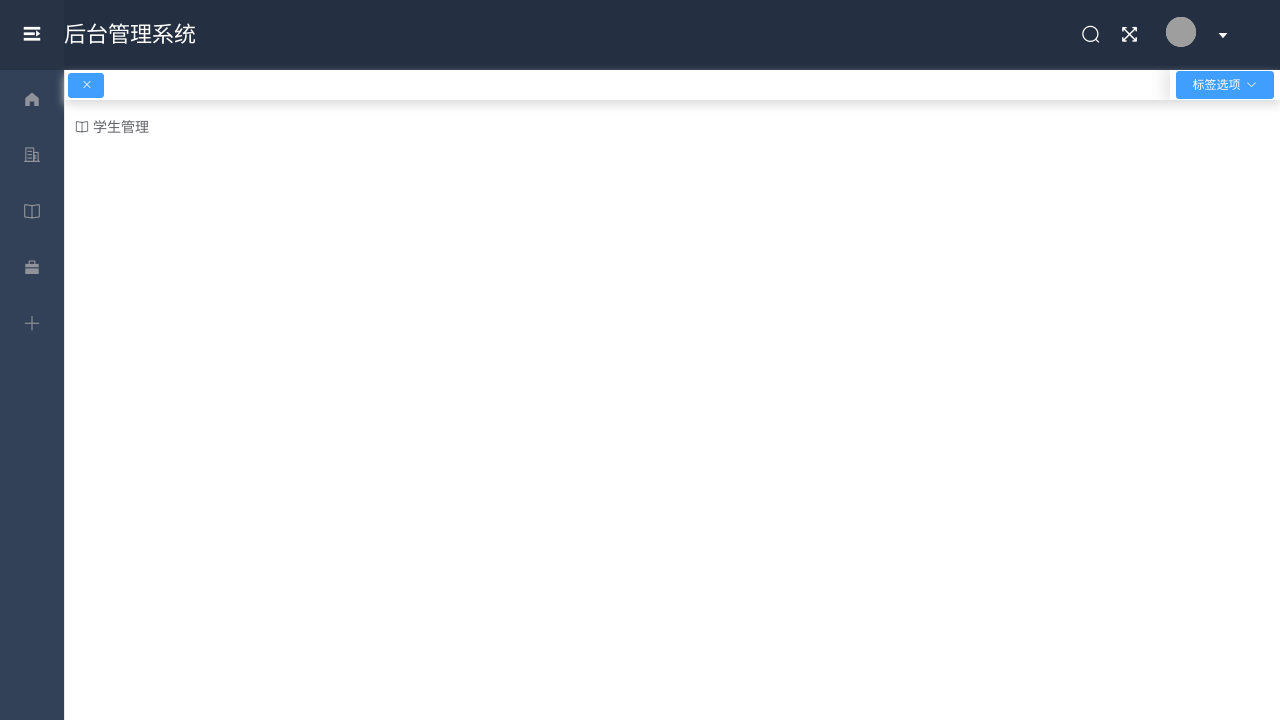
Repository: hitabullet/Student-Dormitory-Manager-System
Page: /#/email (app in dormitory-back-end/)
The author's editor kept a copy of each file at every save. The page is drawn from the files as they stood at one save, then again after a run of saves.
The browser window is 1280 px wide. The pictures show the whole page.
Pictures or frames that could not be fetched are drawn as grey boxes. The project was rebuilt for these pictures with package versions that can differ from the ones it lists, and the page was loaded fresh each time. Also part of the build but not shown: dormitory-back-end/vue.config.js, dormitory-back-end/src/assets/css/icon.css.

Above is the page before, as saved 2020-10-23 10:03:51.

After the next 2 saves:
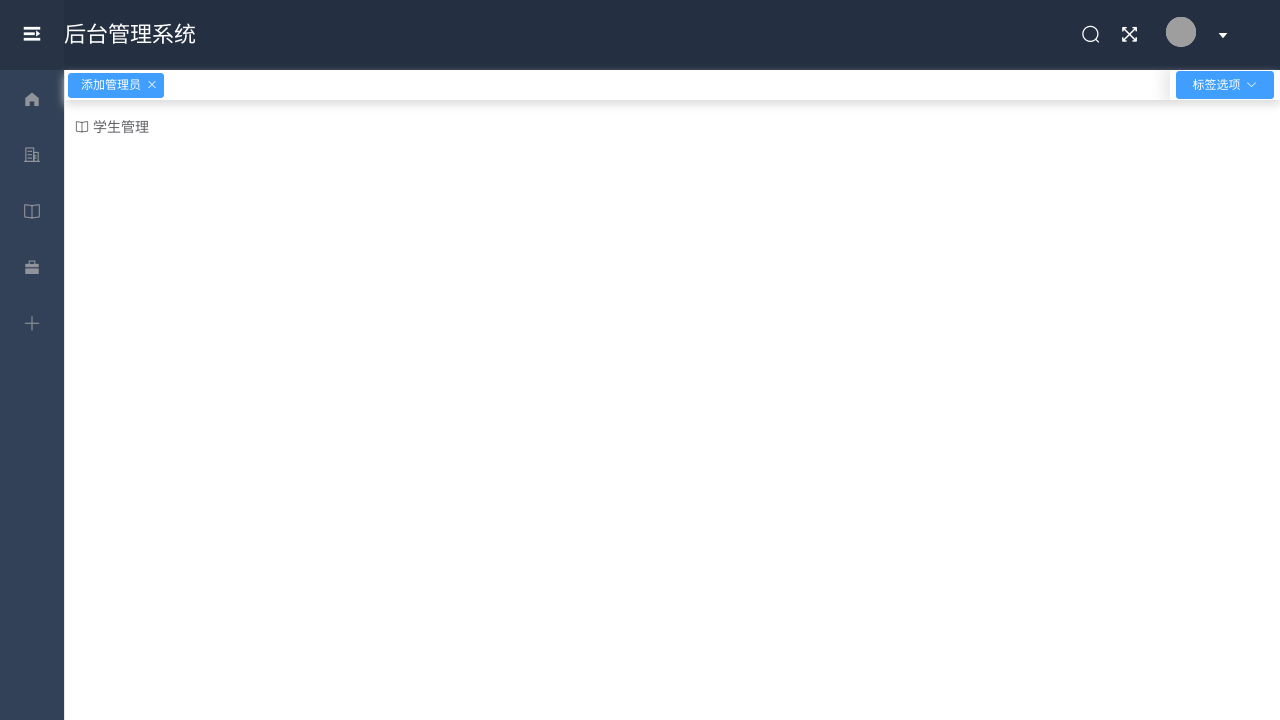
The 2 saves are shown as one change because they came seconds apart.
The last was saved 77 s later.
--- a/dormitory-back-end/src/router/index.js
+++ b/dormitory-back-end/src/router/index.js
@@ -1,7 +1,7 @@
 /*
  * @Author: your name
  * @Date: 2020-10-18 13:35:47
- * @LastEditTime: 2020-10-23 10:02:20
+ * @LastEditTime: 2020-10-23 10:05:07
  * @LastEditors: Please set LastEditors
  * @Description: In User Settings Edit
  * @FilePath: \dormitory-back-end\src\router\index.js
@@ -65,7 +65,8 @@ export default new Router({
                 },
                 {
                     path: '/email',
-                    component: () => import('../views/Email')
+                    component: () => import('../views/Email'),
+                    meta: { title: '添加管理员' }
                 }
             ]
         }
